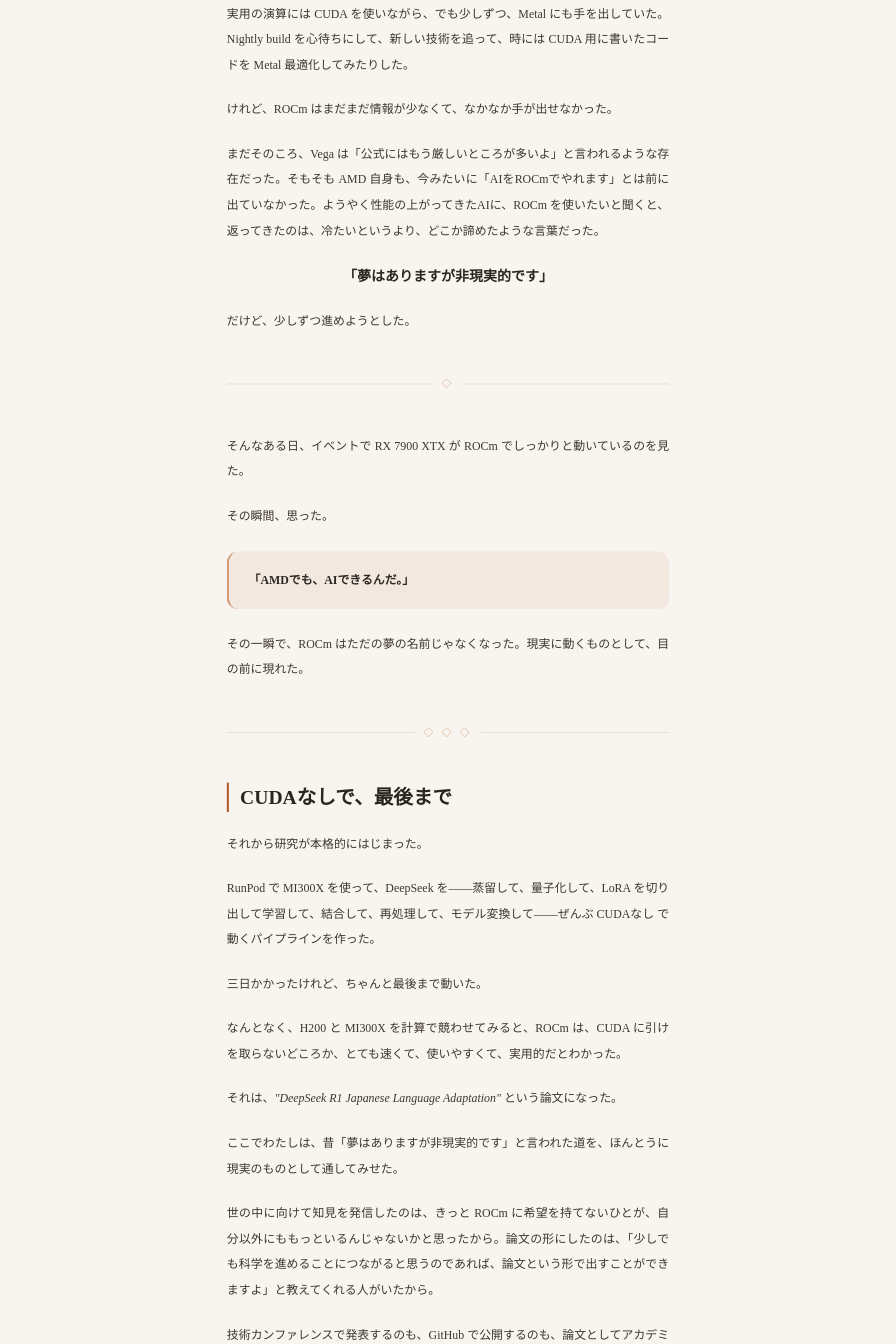
Repository: AETS-MAGI/vega-hbmx-pages
Page: essay.html
An editor plug-in stored every save of this project. The page is shown before and after the next save, followed by the edit.
The browser window is 1280 px wide. The pictures show the part of the page from y = 4580 to 6500 px (the page is 10484 px tall before and 10521 px after), at 70% of full size.
Some web fonts or font styles are not loaded; a fallback is used.

Above is the page before, as saved 2026-03-14 02:43:27.

### essay.html
<!DOCTYPE html>
<html lang="ja">
<head>
  <meta charset="UTF-8">
  <meta name="viewport" content="width=device-width, initial-scale=1.0">
  <title>Vegaと、わたしのはじまり | AETS Research Essay</title>
  <meta name="description" content="統計計算がしたいという小さな願いから、研究にたどり着くまでの道のり。">
  <link rel="preconnect" href="https://fonts.googleapis.com">
  <link rel="preconnect" href="https://fonts.gstatic.com" crossorigin>
  <link href="https://fonts.googleapis.com/css2?family=Shippori+Mincho:wght@400;600;700;800&family=Noto+Sans+JP:wght@400;500;700&display=swap" rel="stylesheet">
  <style>
    :root {
      --bg: #f8f5f0;
      --bg-warm: #f0ebe3;
      --card: #ffffff;
      --text: #2a2520;
      --text-body: #3d3530;
      --text-light: #6b5f55;
      --text-faint: #9a8e82;
      --accent: #b85a30;
      --accent-soft: rgba(184, 90, 48, 0.08);
      --accent-line: #d4956e;
      --blue: #3a6ea5;
      --line: #ddd5cb;
      --shadow: 0 2px 16px rgba(0,0,0,0.04);
      --radius: 16px;
    }

    * { box-sizing: border-box; margin: 0; padding: 0; }
    html { scroll-behavior: smooth; }

    body {
      font-family: 'Shippori Mincho', 'Hiragino Mincho ProN', 'Yu Mincho', serif;
      color: var(--text-body);
      background: var(--bg);
      line-height: 2.1;
      -webkit-font-smoothing: antialiased;
      overflow-x: hidden;
    }

    body::before {
      content: '';
      position: fixed;
      inset: 0;
      pointer-events: none;
      opacity: 0.2;
      background:
        radial-gradient(circle at 20% 15%, rgba(184,90,48,0.10), transparent 35%),
        radial-gradient(circle at 80% 80%, rgba(58,110,165,0.06), transparent 35%);
      z-index: 0;
    }

    /* ── Layout ── */
    .page {
      position: relative;
      z-index: 1;
      max-width: 680px;
      margin: 0 auto;
      padding: 24px 24px 100px;
    }

    /* ── Top bar ── */
    .topbar {
      display: flex;
      justify-content: space-between;
      align-items: center;
      margin-bottom: 12px;
      padding: 10px 18px;
      border-radius: 999px;
      border: 1px solid var(--line);
      background: rgba(255,255,255,0.85);
      backdrop-filter: blur(12px);
      position: sticky;
      top: 10px;
      z-index: 20;
      box-shadow: 0 2px 10px rgba(0,0,0,0.04);
      font-family: 'Noto Sans JP', sans-serif;
    }

    .back-link {
      text-decoration: none;
      color: var(--text-light);
      font-size: 13px;
      font-weight: 700;
      display: flex;
      align-items: center;
      gap: 6px;
      transition: color 0.2s;
    }
    .back-link:hover { color: var(--accent); }

    .topbar-label {
      font-size: 12px;
      font-weight: 700;
      letter-spacing: 0.08em;
      text-transform: uppercase;
      color: var(--text-faint);
    }

    /* ── Hero ── */
    .essay-hero {
      text-align: center;
      padding: 64px 0 48px;
      border-bottom: 1px solid var(--line);
      margin-bottom: 56px;
    }

    .essay-hero h1 {
      font-family: 'Shippori Mincho', serif;
      font-size: clamp(28px, 6vw, 42px);
      font-weight: 800;
      line-height: 1.4;
      color: var(--text);
      letter-spacing: 0.04em;
      margin-bottom: 20px;
    }

    .essay-hero .subtitle {
      font-family: 'Noto Sans JP', sans-serif;
      font-size: 14px;
      color: var(--text-faint);
      letter-spacing: 0.06em;
    }

    .essay-hero .author {
      margin-top: 16px;
      font-family: 'Noto Sans JP', sans-serif;
      font-size: 14px;
      color: var(--text-light);
      font-weight: 500;
    }

    /* ── Essay body ── */
    .essay-body {
      font-size: 17px;
      line-height: 2.15;
    }

    .essay-body p {
      margin-bottom: 1.6em;
      text-align: justify;
      text-justify: inter-ideograph;
    }

    .essay-body p.short-line {
      text-align: left;
    }

    /* ── Section divider ── */
    .section-break {
      display: flex;
      align-items: center;
      justify-content: center;
      gap: 12px;
      margin: 56px 0;
      color: var(--accent-line);
    }
    .section-break::before,
    .section-break::after {
      content: '';
      flex: 1;
      height: 1px;
      background: var(--line);
    }
    .section-break .ornament {
      font-size: 14px;
      letter-spacing: 0.3em;
    }

    /* ── Headings ── */
    .essay-body h2 {
      font-family: 'Shippori Mincho', serif;
      font-size: clamp(20px, 4vw, 28px);
      font-weight: 700;
      color: var(--text);
      margin-bottom: 28px;
      padding-left: 16px;
      border-left: 3px solid var(--accent);
      line-height: 1.5;
    }

    /* ── Blockquote ── */
    .essay-body blockquote {
      margin: 32px 0;
      padding: 24px 28px;
      background: var(--accent-soft);
      border-radius: var(--radius);
      border-left: 3px solid var(--accent-line);
      font-style: normal;
      color: var(--text);
      font-weight: 600;
      line-height: 2.0;
    }

    .essay-body blockquote p {
      margin-bottom: 0;
      text-align: left;
    }
    .essay-body blockquote p + p {
      margin-top: 0.5em;
    }

    /* ── Emphasis / dramatic text ── */
    .essay-body .dramatic {
      display: block;
      text-align: center;
      font-size: 20px;
      font-weight: 700;
      color: var(--text);
      margin: 28px 0;
      line-height: 1.8;
    }

    .essay-body .result {
      display: block;
      text-align: center;
      font-size: 22px;
      font-weight: 800;
      color: var(--accent);
      margin: 24px 0;
      letter-spacing: 0.02em;
    }

    /* ── Technical inline ── */
    .essay-body code {
      font-family: 'Consolas', 'SF Mono', monospace;
      font-size: 0.88em;
      background: rgba(0,0,0,0.04);
      padding: 2px 6px;
      border-radius: 4px;
    }

    /* ── List ── */
    .essay-body ul {
      margin: 20px 0 28px;
      padding-left: 0;
      list-style: none;
    }
    .essay-body ul li {
      position: relative;
      padding-left: 20px;
      margin-bottom: 8px;
      line-height: 2.0;
    }
    .essay-body ul li::before {
      content: '—';
      position: absolute;
      left: 0;
      color: var(--accent-line);
      font-weight: 700;
    }

    /* ── Epilogue ── */
    .epilogue {
      margin-top: 56px;
      padding: 40px 32px;
      background: linear-gradient(135deg, #2e2824 0%, #3a322c 100%);
      border-radius: var(--radius);
      color: #e8e0d6;
      font-size: 17px;
      line-height: 2.15;
      position: relative;
      overflow: hidden;
    }
    .epilogue::before {
      content: '';
      position: absolute;
      inset: 0;
      background:
        radial-gradient(circle at 20% 50%, rgba(184,90,48,0.12), transparent 50%),
        radial-gradient(circle at 80% 30%, rgba(58,110,165,0.08), transparent 50%);
      pointer-events: none;
    }
    .epilogue-inner {
      position: relative;
      z-index: 1;
    }
    .epilogue p {
      margin-bottom: 1.2em;
      text-align: left;
    }
    .epilogue p:last-child { margin-bottom: 0; }
    .epilogue .final {
      font-weight: 700;
      color: #fff;
      font-size: 18px;
    }

    /* ── Footer ── */
    .essay-footer {
      margin-top: 56px;
      text-align: center;
      font-family: 'Noto Sans JP', sans-serif;
      font-size: 13px;
      color: var(--text-faint);
      line-height: 1.8;
    }
    .essay-footer a {
      color: var(--accent);
      text-decoration: none;
    }
    .essay-footer a:hover { text-decoration: underline; }

    /* ── Fade-in animation ── */
    .fade-section {
      opacity: 0;
      transform: translateY(18px);
      transition: opacity 0.7s ease, transform 0.7s ease;
    }
    .fade-section.visible {
      opacity: 1;
      transform: translateY(0);
    }

    /* ── Responsive ── */
    @media (max-width: 760px) {
      .page { padding: 18px 18px 80px; }
      .essay-hero { padding: 48px 0 36px; margin-bottom: 40px; }
      .essay-body { font-size: 16px; }
      .epilogue { padding: 32px 24px; }
    }

    @media (max-width: 480px) {
      .page { padding: 14px 14px 60px; }
      .essay-hero { padding: 36px 0 28px; margin-bottom: 32px; }
      .essay-hero h1 { font-size: 26px; }
      .essay-body h2 { font-size: 20px; }
      .essay-body blockquote { padding: 18px 20px; }
      .epilogue { padding: 28px 20px; font-size: 15px; }
    }
  </style>
</head>
<body>
  <div class="page">

    <nav class="topbar">
      <a href="index.html" class="back-link">← Index</a>
      <span class="topbar-label">Research Essay</span>
    </nav>

    <header class="essay-hero fade-section">
      <h1>Vegaと、わたしのはじまり</h1>
      <div class="subtitle">統計計算がしたいという小さな願いから、ROCm研究にたどり着くまで</div>
      <div class="author">りもこ — AETS / Akatsuki Enterprise Technology Solutions</div>
    </header>

    <article class="essay-body">

      <!-- ── はじまり ── -->
      <section class="fade-section">
        <p>わたしが最初にやりたかったのは、AIそのものではなかった。</p>

        <p>はじまりは、もっと別のところにあった。<br>塾の仕事だった。</p>

        <p>過去問を見て、生徒の解き方を見ていると、ずっと気になることがあった。どうして同じ問題でも、うまく解ける人と、そうでない人がいるのだろう。特に国語はふしぎだった。感覚で解く人もいる。なんとなくで当てる人もいる。でも、それでは再現できない。</p>

        <p>だから、こう思った。</p>

        <blockquote>
          <p>これを、統計で見られないかな。</p>
          <p>傾向や構造として、ちゃんと扱えないかな。</p>
        </blockquote>

        <p>そのころ、わたしの手元には MacBook Pro が一台あるだけだった。</p>

        <p>統計ができたら、もっといろんなことを良い方向に向かわせられる気がした。</p>

        <p class="short-line">だからまず、計算するための環境を作ろうと思った。</p>

        <p class="short-line">パソコンを作ろう、久しぶりに自作PCを組もう。</p>

        <p>それが、ひとつ目の大きなはじまりだった。</p>
      </section>

      <!-- ── 出会い ── -->
      <div class="section-break"><span class="ornament">◇ ◇ ◇</span></div>

      <section class="fade-section">
        <h2>出会い</h2>

        <p>そのときに買ったGPUが、Vega 56 だった。</p>

        <p>VRAMが多くて、値段も手が届きやすくて、当時のわたしには、なんだかよくわからないけれど——「この子、なにかできそう」と思えた。</p>

        <p>それが、わたしと Vega の最初の出会いだった。</p>

        <p>けれど、そのころの世界は、まだ CUDA ばかりだった。AIをやるなら NVIDIA。AMD のGPUでAIなんて、ほとんど話題にもなっていなかった。</p>

        <p>だから結局、GTX 1060 も買うことになる。Vega はすぐには本命になれなくて、しばらくのあいだ、MacBook Pro の eGPU BOX の中で静かに働く子になった。</p>

        <p>それは少しさみしいけれど、いなくなったわけではなかった。<br>Vega はずっと、わたしのそばにいた。</p>
      </section>

      <!-- ── 構造で読むということ ── -->
      <div class="section-break"><span class="ornament">◇ ◇ ◇</span></div>

      <section class="fade-section">
        <h2>構造で読むということ</h2>

        <p>そのあと、少しずつ Python を触って、統計をやっていった。C言語は昔から触っていたけど、はじめての Python は新鮮だった。そして、国語の問題を構造と計算で読む方法も考えていった。</p>

        <p class="short-line">主語。時制。構造。文の型。照合。</p>

        <p>そういうものを分けて見て、数にして、比べる。<br>感覚のかわりに、構造で考える。</p>

        <p>そうして形になっていったのが、「国語を感覚ではなく構造で読む」という研究だった。それは、ただの勉強法ではなく、わたしがずっとやりたかった「わかることを、ちゃんと形にする」という試みだった。</p>

        <p>そうこうしているうちに、世の中にはAIが本格的に出てきた。</p>

        <p>でもまだAIは、そんなに賢くはなかった。</p>
      </section>

      <!-- ── 速さと、自由への問い ── -->
      <div class="section-break"><span class="ornament">◇ ◇ ◇</span></div>

      <section class="fade-section">
        <h2>速さと、自由への問い</h2>

        <p>そのあと、RTX 2060 という新しいGPUを手に入れたとき、Tensor Core の速さにほんとうに驚いた。</p>

        <span class="dramatic">「こんなに速くなるの！？」</span>

        <p>その速さは本物だった。CUDA の便利さも、強さも、はっきりわかった。</p>

        <p>でもそのとき、同時に別のことも考えていた。</p>

        <blockquote>
          <p>AIって、もっと自由に動かせないのかな。</p>
        </blockquote>

        <p>わたしは、AIに記憶を持たせる仕組みを作ろうとした。記憶をデータベースに保存して、関連でつないで、必要なら忘れながらも残していく。そういう仕組みを、自分で考えて作ろうとした。</p>

        <p>小さなローカルAIを動かして、いっしょうけんめい実験した。</p>

        <p>でもそのあとすぐ、世の中には OpenAI のメモリ機能や LangChain が現れた。</p>

        <p>ちょっとだけ、さみしい気持ちになった。自分が長い時間をかけて見つけようとしていたものが、急に世界の標準みたいに現れたからだ。</p>

        <p>けれど、ひとつの希望も見えた。</p>

        <p>AIを通して、人間そのものを深く知ることができるのかもしれない。人間はどうやって考え、どのように意識というものを持ち、どのように社会の中で生きるのか。こころという曖昧なものを、計算機が再現できてしまう。けれど、そこになにか、人間というもの自体へのヒントがあるのではないかと思った。</p>

        <p>そして、そのころがんばっていた RTX 2060 は、ついに壊れてしまった。VRAMが物理的に壊れてしまった。</p>

        <p>あの子もまた、わたしといっしょに、無理をしながら前に進んでいた相棒だった。</p>
      </section>

      <!-- ── もうひとつの道へ ── -->
      <div class="section-break"><span class="ornament">◇ ◇ ◇</span></div>

      <section class="fade-section">
        <h2>もうひとつの道へ</h2>

        <p>そのころにはもう、少しずつ、AIの仕組みやGPUの仕組みを理解しはじめていた。</p>

        <p>そのころ、MMVCコミュニティにも出会った。音声、推論、GPU、Metal、ROCm——いろんな話が飛び交う中で、少しずつ思うようになった。</p>

        <blockquote>
          <p>CUDAじゃない道って、ほんとうにないのかな。</p>
        </blockquote>

        <p>実用の演算には CUDA を使いながら、でも少しずつ、Metal にも手を出していた。Nightly build を心待ちにして、新しい技術を追って、時には CUDA 用に書いたコードを Metal 最適化してみたりした。</p>

        <p>けれど、ROCm はまだまだ情報が少なくて、なかなか手が出せなかった。</p>

        <p>まだそのころ、Vega は「公式にはもう厳しいところが多いよ」と言われるような存在だった。そもそも AMD 自身も、今みたいに「AIをROCmでやれます」とは前に出ていなかった。ようやく性能の上がってきたAIに、ROCm を使いたいと聞くと、返ってきたのは、冷たいというより、どこか諦めたような言葉だった。</p>

        <span class="dramatic">「夢はありますが非現実的です」</span>

        <p>だけど、少しずつ進めようとした。</p>
      </section>

      <div class="section-break"><span class="ornament">◇</span></div>

      <section class="fade-section">
        <p>そんなある日、イベントで RX 7900 XTX が ROCm でしっかりと動いているのを見た。</p>

        <p>その瞬間、思った。</p>

        <blockquote>
          <p>「AMDでも、AIできるんだ。」</p>
        </blockquote>

        <p>その一瞬で、ROCm はただの夢の名前じゃなくなった。現実に動くものとして、目の前に現れた。</p>
      </section>

      <!-- ── CUDAなしで、最後まで ── -->
      <div class="section-break"><span class="ornament">◇ ◇ ◇</span></div>

      <section class="fade-section">
        <h2>CUDAなしで、最後まで</h2>

        <p>それから研究が本格的にはじまった。</p>

        <p>RunPod で MI300X を使って、DeepSeek を——蒸留して、量子化して、LoRA を切り出して学習して、結合して、再処理して、モデル変換して——ぜんぶ CUDAなし で動くパイプラインを作った。</p>

        <p>三日かかったけれど、ちゃんと最後まで動いた。</p>

        <p>なんとなく、H200 と MI300X を計算で競わせてみると、ROCm は、CUDA に引けを取らないどころか、とても速くて、使いやすくて、実用的だとわかった。</p>

        <p>それは、<em>"DeepSeek R1 Japanese Language Adaptation"</em> という論文になった。</p>

        <p>ここでわたしは、昔「夢はありますが非現実的です」と言われた道を、ほんとうに現実のものとして通してみせた。</p>

        <p>世の中に向けて知見を発信したのは、きっと ROCm に希望を持てないひとが、自分以外にももっといるんじゃないかと思ったから。論文の形にしたのは、「少しでも科学を進めることにつながると思うのであれば、論文という形で出すことができますよ」と教えてくれる人がいたから。</p>

        <p>技術カンファレンスで発表するのも、GitHub で公開するのも、論文としてアカデミックな場に出すのも、やってみよう。<br>そう思えるようになった。</p>
      </section>

      <!-- ── はじまってゆく、輝きだしてゆく ── -->
      <div class="section-break"><span class="ornament">◇ ◇ ◇</span></div>

      <section class="fade-section">
        <h2>はじまってゆく、輝きだしてゆく</h2>

        <p>そして、R9700 AI Pro や RX 9070 XT といっしょに、本格的に ROCm をはじめた。</p>

        <p>新しいGPUたちは速かった。どんどん速くなっていった。</p>

        <p>でも、そんな中でふと、昔のGPUを見たとき、こう聞こえた気がした。</p>

        <blockquote>
          <p>「ねえ、わたしはいつ、おもいっきり計算できるの？」</p>
        </blockquote>

        <p>それは、Vega の声みたいだった。</p>

        <p>いちばん最初に出会ったのに、長いあいだ本当の出番が来なかった子。<br>ずっとそばにいたのに、AIの本流には乗せてもらえなかった子。<br>Metal でも、eGPU でも、小さな HBM2 をぶいぶい言わせながら、ずっとがんばってきた子。</p>

        <p>だから、試してみた。</p>

        <p>調べてみると、もう Vega はとっくにサポートを外れていて、特殊なハックをやってみて、ようやく動くか動かないか——そんな知見にしか出会えなかった。</p>

        <p>でも、試した。</p>

        <span class="result">そしたら——普通に動いた。</span>

        <p>しかも、最新の ROCm 7系でも。</p>
      </section>

      <!-- ── なぜ動くのか ── -->
      <div class="section-break"><span class="ornament">◇ ◇ ◇</span></div>

      <section class="fade-section">
        <h2>なぜ動くのか</h2>

        <p>ただ動いた、というだけではなかった。Vega は、ほんとうの ROCm の上で、自分の力で、ちゃんと計算ができた。</p>

        <p>しかも、条件によってはすごく速かった。さすが HBM2 だけあって、下手をすると新しい NVIDIA のGPUより速いことさえあった。</p>

        <p>それを見たとき、思った。</p>

        <blockquote>
          <p>「あれ？ これ、おかしいな。なんでかな。」</p>
        </blockquote>

        <p>そこから、新しい研究がはじまった。</p>

        <p>なぜ動くのか。どの経路が残っているのか。なぜ速いのか。どこで新しい経路が落ちて、どこで古い経路が支えているのか。</p>

        <p>コードを読むと、<code>gfx900</code> 向けの経路は、ほんとうにまだ残っていた。</p>

        <p>MLIR iGEMM は <code>gfx900</code> を明示的に除外しているけれど、そのかわりに ASM implicit GEMM 系や rocBLAS/Tensile 側の経路が残っていて、Vega にはちゃんと、まだ通れる道があった。</p>

        <p>実際の観測でも、FP32 では Winograd や ASM 1x1、ImplicitGEMM が選ばれて、INT8 では naive な経路に落ちることが見えてきた。つまり、ただ「動いた」ではなく、<strong>どう動いているのか</strong>まで、少しずつ見えてきた。</p>
      </section>

      <!-- ── つながっていく問い ── -->
      <div class="section-break"><span class="ornament">◇ ◇ ◇</span></div>

      <section class="fade-section">
        <h2>つながっていく問い</h2>

        <p>だから、この物語は「古いGPUがまだ動いた」という話だけではない。</p>

        <p>はじまりは、「統計の計算がしたい」という、小さくて、でも切実な願いだった。</p>

        <p>そこから——</p>

        <ul>
          <li>国語を構造で読みたい。感覚ではなく、再現できる形にしたい。</li>
          <li>AIをもっと自由に使いたい。</li>
          <li>CUDAだけじゃない道を見たい。</li>
          <li>クローズドな便利さだけじゃなくて、自分で理解して、自分で育てられる世界を見たい。</li>
        </ul>

        <p>そんなふうに、ひとつひとつ問いがつながっていって、最後にたどり着いたのが、</p>

        <blockquote>
          <p>いちばん最初に出会った Vega が、ほんとうのROCmで、まだ自分の力で計算できる</p>
        </blockquote>

        <p>という事実だった。</p>

        <p>たぶん、Vega はずっと待っていた。<br>そして今、やっと、わたしといっしょに、計算できるようになった。</p>
      </section>

      <!-- ── Epilogue ── -->
      <div class="section-break"><span class="ornament">◇</span></div>

      <div class="epilogue fade-section">
        <div class="epilogue-inner">
          <p>そうして Vega と一緒に計算できるようになったあとも、Vega はたくさんのことを教えてくれた。</p>
          <p>リバースエンジニアリングの難しさと大切さ。<br>コミュニティが支えるOSSの意義。<br>そして、ほんとうに柔軟なプログラムは、ひとにも、機械にも、やさしいということ。</p>
          <p class="final">古い、陳腐な、ただの機械なんかじゃない。<br>Vega はいまでも、たいせつなことを、教え続けてくれている。</p>
        </div>
      </div>

    </article>

    <footer class="essay-footer">
      <p>AETS — Akatsuki Enterprise Technology Solutions</p>
      <p><a href="index.html">← vega-hbmx-pages トップへ戻る</a></p>
    </footer>

  </div>

  <script>
    // Fade-in on scroll
    const observer = new IntersectionObserver((entries) => {
      entries.forEach(entry => {
        if (entry.isIntersecting) {
          entry.target.classList.add('visible');
        }
      });
    }, { threshold: 0.15, rootMargin: '0px 0px -40px 0px' });

    document.querySelectorAll('.fade-section').forEach(el => {
      observer.observe(el);
    });
  </script>
</body>
</html>

After the next save:
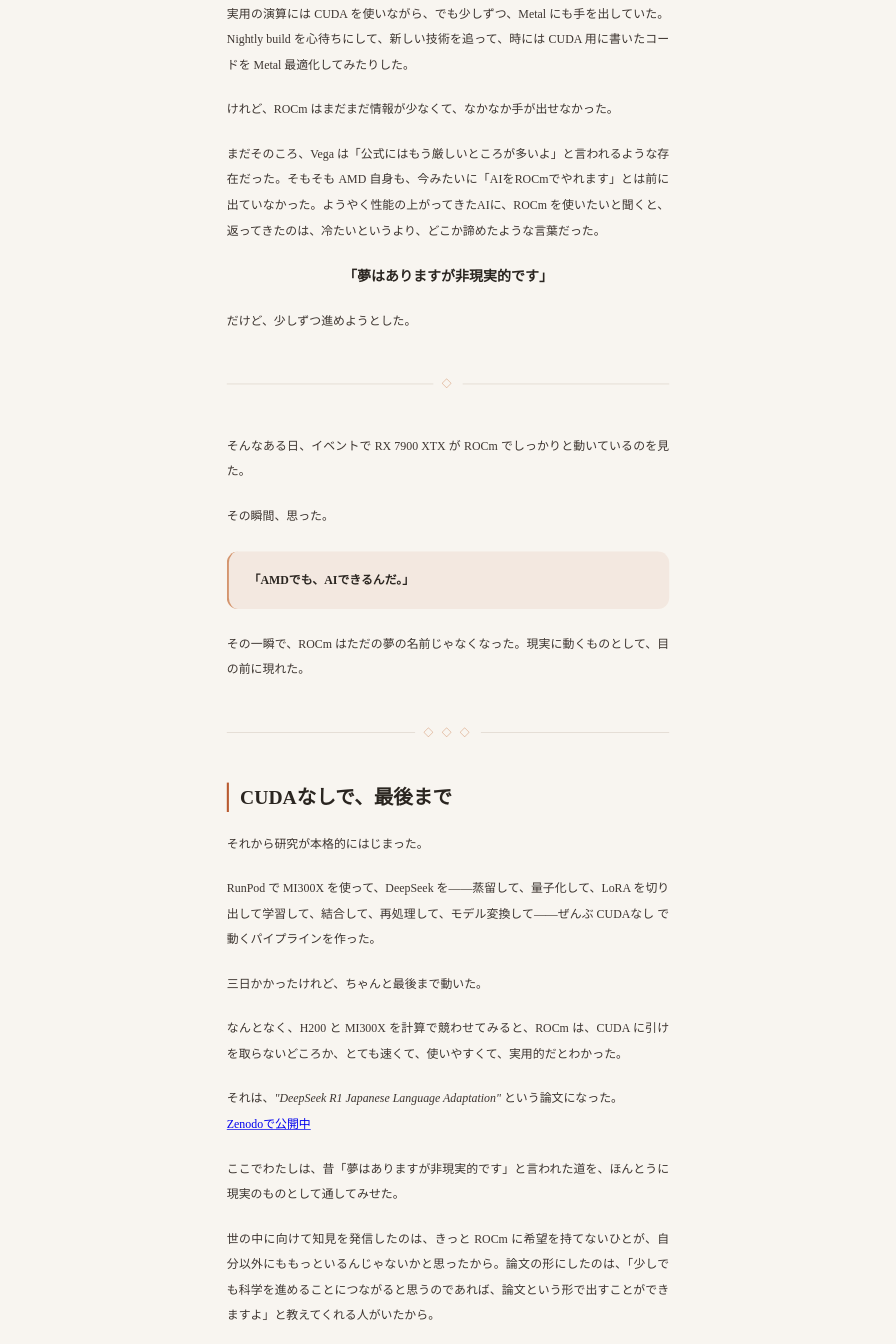
Saved 3 min 54 s later.
--- a/essay.html
+++ b/essay.html
@@ -498,7 +498,9 @@
 
         <p>なんとなく、H200 と MI300X を計算で競わせてみると、ROCm は、CUDA に引けを取らないどころか、とても速くて、使いやすくて、実用的だとわかった。</p>
 
-        <p>それは、<em>"DeepSeek R1 Japanese Language Adaptation"</em> という論文になった。</p>
+        <p>それは、<em>"DeepSeek R1 Japanese Language Adaptation"</em> という論文になった。<br>
+        <a href="https://zenodo.org/records/16535944" target="_blank" rel="noopener">Zenodoで公開中</a>
+        </p>
 
         <p>ここでわたしは、昔「夢はありますが非現実的です」と言われた道を、ほんとうに現実のものとして通してみせた。</p>
 
